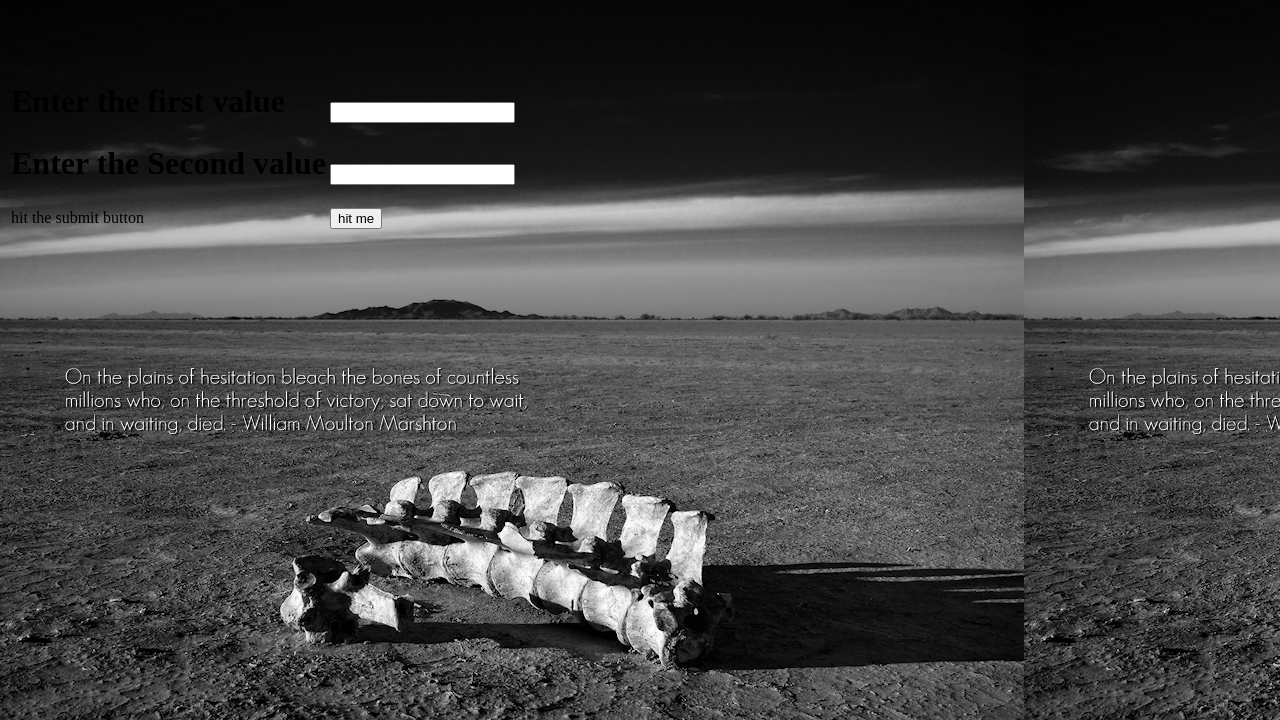
Repository: dhanasekar13/servlet
Page: mystore/war/login.html
These files come from the project's save history. The page is drawn as it stood at one moment and after the next save; the edit follows.
The browser window is 1280 px wide. The pictures show the whole page.

Above is the page before, as saved 2017-05-09 17:43:48.

After the next save:
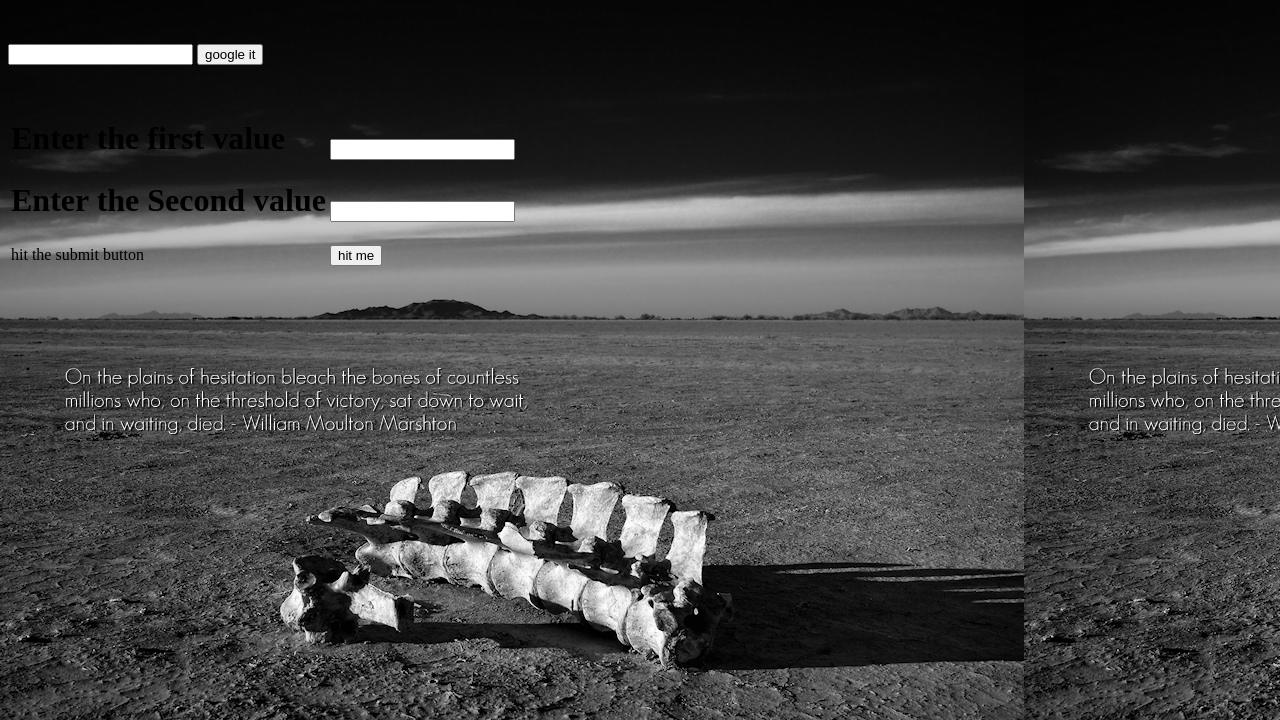
Saved 7 min 32 s later.
--- a/mystore/war/login.html
+++ b/mystore/war/login.html
@@ -2,15 +2,22 @@
 <head>
 <base target="_self">
 <style type="text/css">
-h1 {font-style color: #FFFFFF;
-
+h1 {
+	font-style color: #FFFFFF;
 }
-
 </style>
 </head>
-<body background="b.jpg" bgcolor="orangeS">
+<body background="b.jpg" bgcolor="orange">
 	<br>
 	<br>
+	<right>
+	<form action="search" method="get">
+	<input type="text" name="g1">
+	<input type="submit" value="google it">
+
+	</form>
+
+	</right>
 	<br>
 	<br>
 
@@ -33,6 +40,6 @@ h1 {font-style color: #FFFFFF;
 			</tr>
 		</table>
 	</form>
-</h1>
+	</h1>
 </body>
 </html>
